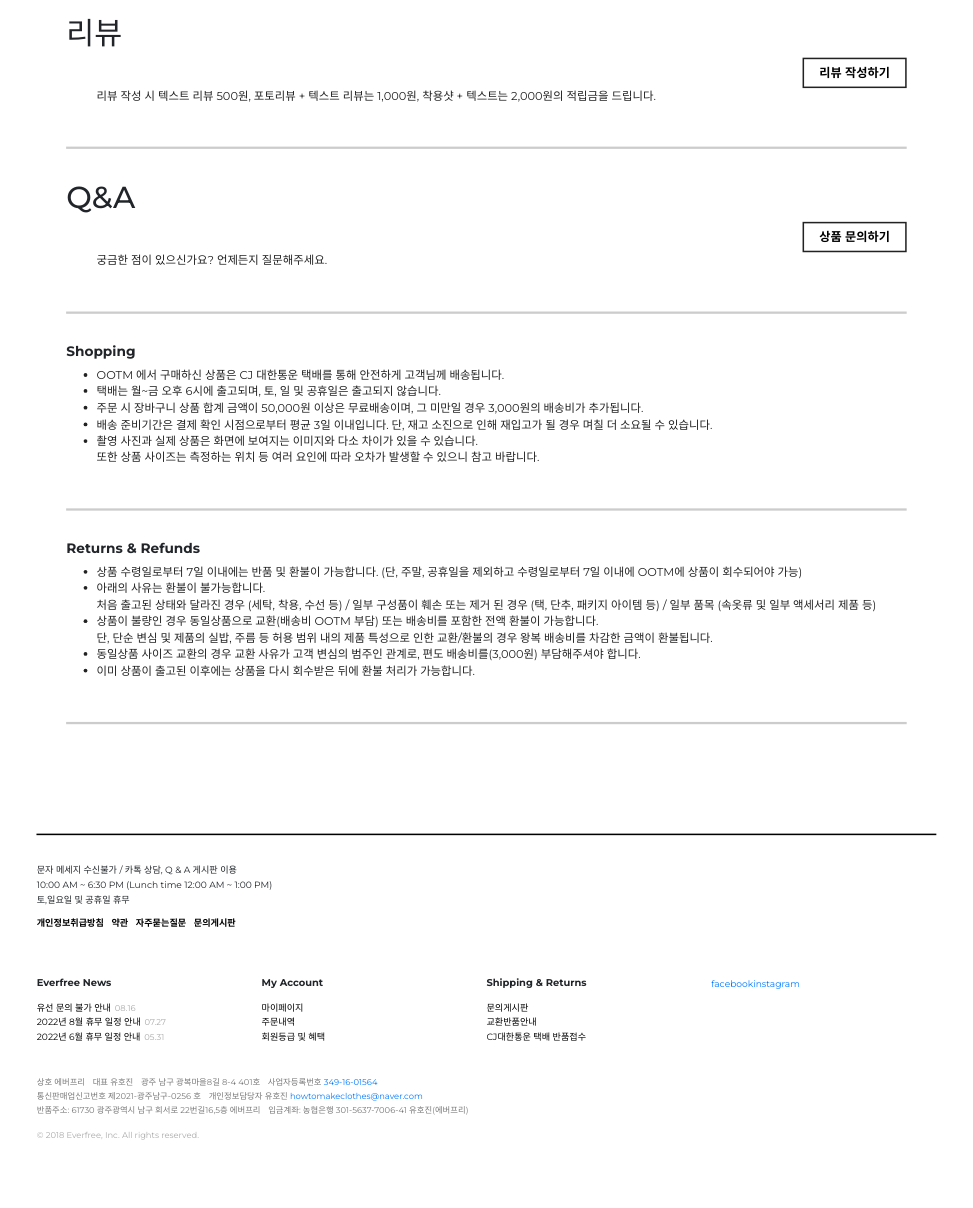
Repository: parkjunhoo/ootm
Page: ootm/src/main/webapp/html/1.html
These files come from the project's save history. The page is drawn as it stood at one moment and after the next save; the edit follows.
The browser window is 1280 px wide. The pictures show the part of the page from y = 1567 to 3157 px (the page is 3157 px tall before and 3130 px after), at 76% of full size.
A picture or video elsewhere on the page could not be fetched, so the positions and the page height are approximate.

Above is the page before, as saved 2023-04-23 18:51:50.

After the next save:
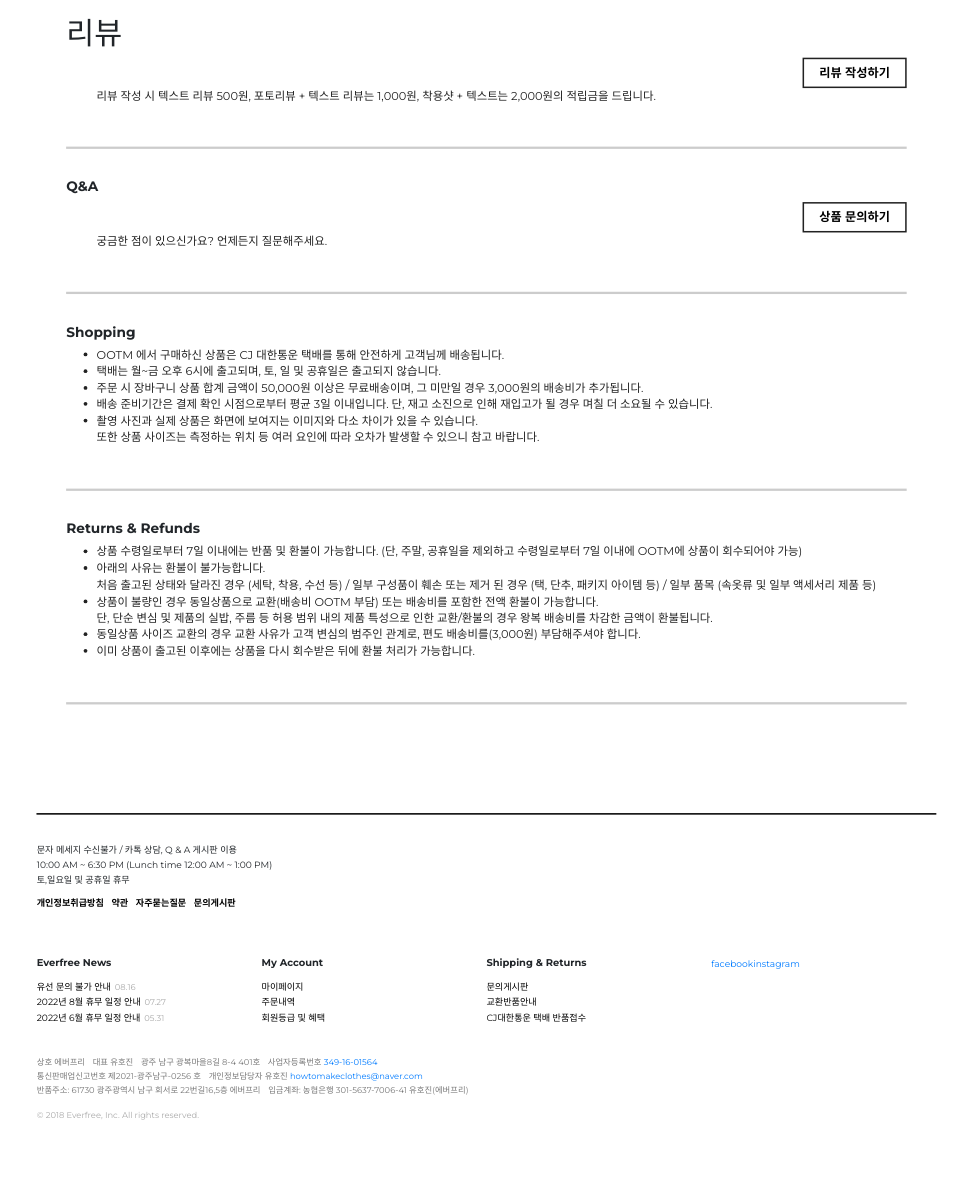
Saved 22 s later.
--- a/ootm/src/main/webapp/html/1.html
+++ b/ootm/src/main/webapp/html/1.html
@@ -215,7 +215,7 @@
 
 	<!-- 섹션 4: Q&A -->
 	<section>
-		<h1 testh1>Q&A</h1>
+		<h1 class="testh1">Q&A</h1>
 		<button class="Q-A_button" data-toggle="modal" data-target="#productInquiryModal">
 		상품 문의하기
 </button>
